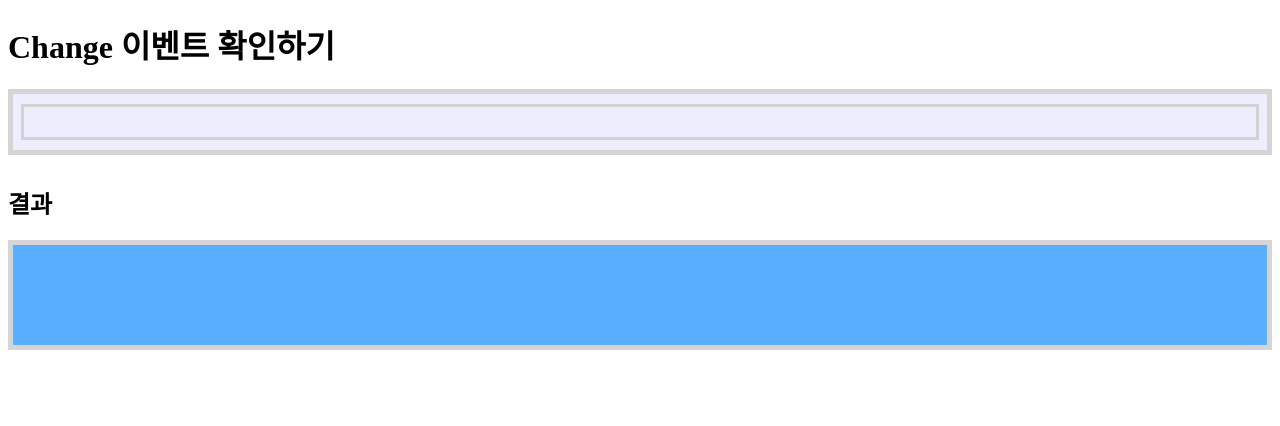
Repository: chaejunho689/bitcamp
Page: jQuery/src/main/webapp/02_jQueryEvent/exam09.html
An editor plug-in stored every save of this project. The page is shown before and after the next save, followed by the edit.
The browser window is 1280 px wide. The pictures show the whole page.

Above is the page before, as saved 2024-08-23 01:21:57.

### jQuery/src/main/webapp/02_jQueryEvent/exam09.html
<!DOCTYPE html>
<html>
<head>
<meta charset="UTF-8">
<title>Insert title here</title>
<link rel="stylesheet" type="text/css" href="../css/event.css">
</head>
<body>
	<h1>Change 이벤트 확인하기</h1>
	<div id="input">
		<input type="text"/>
	</div>
	<h2>결과</h2>
	<div id="result"></div>


<script type="text/javascript" src="http://code.jquery.com/jquery-3.7.1.min.js"> </script>
<script type="text/javascript">
$(function(){

});
</script>
</body>
</html>

### jQuery/src/main/webapp/css/event.css
@charset "UTF-8";

 css
* {
    padding: 0;
    margin: 10px;
}
#input, #result {
    border: 5px solid #D5D5D5;
    text-align: center;
    width: auto;
    font-weight: bold;
}
#input {
    background: #eef;
    padding: 5px;
}
#input:after {
    content: '';
    display: block;
    float: none;
    clear: both;
}
#input > input, #input > select, #input > div, #input > button, #input > div > button {
    width: 99%;
    text-align: center;
    display: block;
    font-size: 17px;
    color: #222;
    background: #eef;
    border: 3px solid #d3d3d3;
    margin: 5px auto;
    padding: 5px 0;
}
#input > h3 {
    text-align: left;
    margin: 0;
    padding: 10px 0 0 0;
}
#input > h3:before {
    content: '';
    display: block;
    float: none;
    clear: both;
}
#input > label {
    margin: 0;
    padding: 0;
    display: block;
    float: left;
    padding-bottom: 10px;
}
#input > label > input {
    width: auto !important;
    display: inline;
}
#input .myButton {
    box-shadow: inset 0px 1px 0px 0px #54a3f7; /* inset : 박스 안쪽의 그림자 */
    background: linear-gradient(to bottom, #007dc1 5%, #0061a7 100%);
    /* background-color: #007dc1; */
    border-radius: 3px;
    border: 1px solid #124d77;
    display: inline-block;
    color: #ffffff;
    font-family: arial;
    font-size: 15px;
    font-weight: normal;
    padding: 6px 24px;
    text-decoration: none;
    text-shadow: 0px 1px 0px #154682;
}
#input .myButton:hover {
    background: linear-gradient(to bottom, #0061a7 5%, #007dc1 100%);
    background-color: #0061a7;
}
#input .myButton:active {
    position: relative;
    top: 1px;
}

h2 {
    padding-top: 10px;
}
#result {
    padding: 50px;
    font-size: 17px;
    color: #500;
    background: #5AAEFF;
}

After the next save:
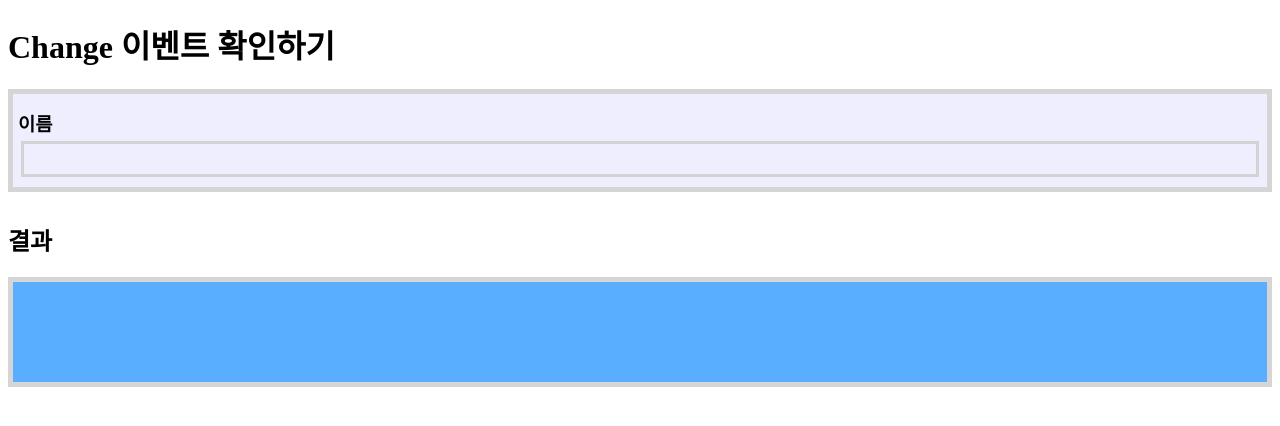
Saved 11 s later.
--- a/jQuery/src/main/webapp/02_jQueryEvent/exam09.html
+++ b/jQuery/src/main/webapp/02_jQueryEvent/exam09.html
@@ -8,6 +8,7 @@
 <body>
 	<h1>Change 이벤트 확인하기</h1>
 	<div id="input">
+		<h3>이름</h3>
 		<input type="text"/>
 	</div>
 	<h2>결과</h2>
